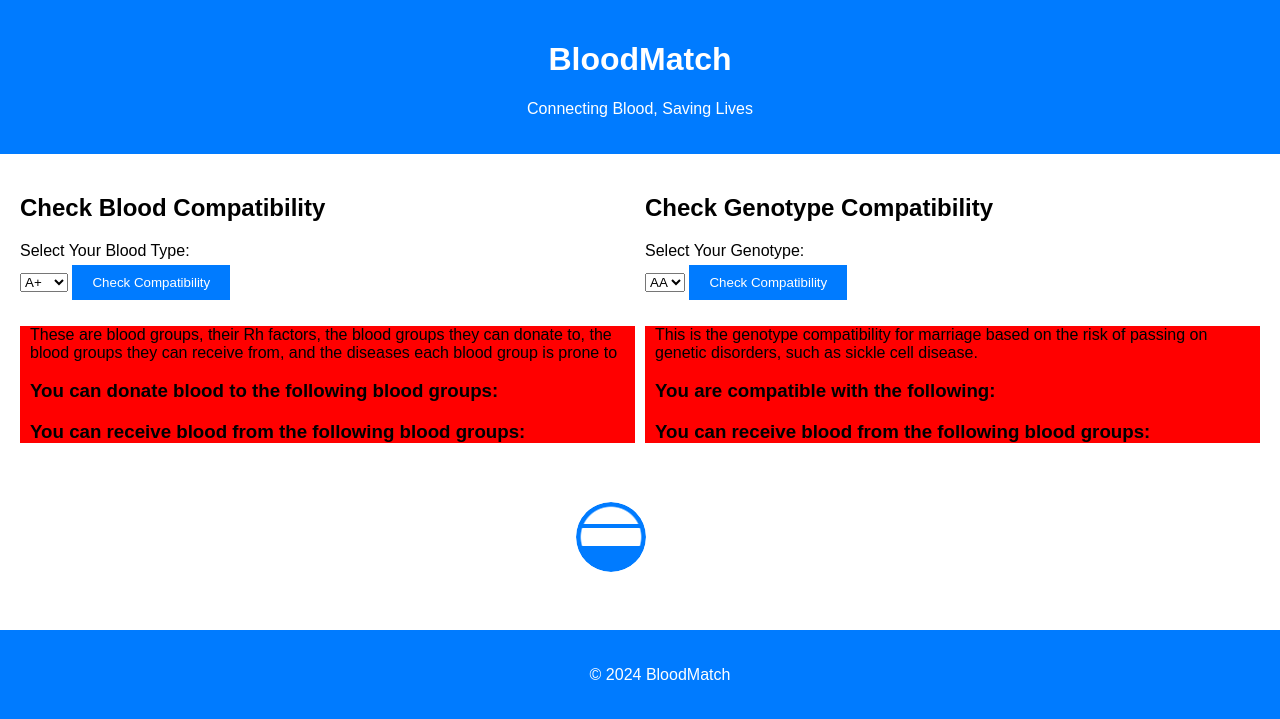
Repository: JuliusMonday/BloodMatch
Page: index.html
These files come from the project's save history. The page is drawn as it stood at one moment and after a run of saves; the edit follows.
The browser window is 1280 px wide. The pictures show the whole page.
After loading, the first visible `button` was clicked once.

Above is the page before, as saved 2024-05-02 17:48:32.

### index.html
<!DOCTYPE html>
<html lang="en">
<head>
  <meta charset="UTF-8">
  <meta name="viewport" content="width=device-width, initial-scale=1.0">
  <title>BloodMatch</title>
  <link rel="stylesheet" href="style.css">
</head>
<body>
  <header>
    <h1>BloodMatch</h1>
    <p>Connecting Blood, Saving Lives</p>
  </header>
  <main>
    <section id="bloodType">
      <h1>Check Blood Compatibility</h1>
      <label for="selectBloodType">Select Your Blood Type:</label>
      <select id="selectBloodType">
        <option value="A+">A+</option>
        <option value="A-">A-</option>
        <option value="B+">B+</option>
        <option value="B-">B-</option>
        <option value="AB+">AB+</option>
        <option value="AB-">AB-</option>
        <option value="O+">O+</option>
        <option value="O+">O+</option>
      </select>
      <button onclick="checkBloodCompatibility()">Check Compatibility</button>
      <div id="compatibilityResult">
        <p> These are blood groups, their Rh factors, the blood groups they can donate to, the blood groups they can receive from, and the diseases each blood group is prone to</p>
        <div class="donate-to">
            <h3>You can donate blood to the following blood groups:</h3>
            <p id="donate-to-bg"></p>
        </div>
        <div class="receive-from">
            <h3>You can receive blood from the following blood groups:</h3>
            <p id="receive-from-bg"></p>
        </div>
      </div>
    </section>
    <section id="genotype">
      <h1>Check Genotype Compatibility</h1>
      <label for="selectGenotype">Select Your Genotype:</label>
      <select id="selectGenotype">
        <option value="AA">AA</option>
        <option value="AS">AS</option>
        <option value="SS">SS</option>
      </select>
      <button onclick="checkGenotypeCompatibility()">Check Compatibility</button>
      <div id="genotypeResult">
        <p>This is the genotype compatibility for marriage based on the risk of passing on genetic disorders, such as sickle cell disease.</p>
        <div class="compatible-Gn">
            <h3>You are compatible with the following:</h3>
            <p class="compatible-Gns"></p>
        </div>
        <div class="non-compatible">
            <h3>You can receive blood from the following blood groups:</h3>
            <p class="non-compatible-Gns"></p>
        </div>
      </div>
    </div>
    </section>
  </main>
  <div class="custom-loader"></div>
  <br>
  <footer>
    <p>&copy; 2024 BloodMatch</p>
  </footer>
  <script src="script.js"></script>
</body>
</html>

### style.css
body {
    font-family: Arial, sans-serif;
    margin: 0;
    padding: 0;
  }

  header, footer {
    background-color: #007bff;
    color: #ffffff;
    text-align: center;
    padding: 20px;
  }

  main {
    padding: 20px;
    display: flex;
    gap: 10px;

  }

  section {
    margin-bottom: 20px;
    flex: 1;
  }

  label {
    display: block;
    margin-bottom: 5px;
  }

  select, button {
    margin-bottom: 10px;
  }

  button {
    background-color: #007bff;
    color: #ffffff;
    border: none;
    padding: 10px 20px;
    cursor: pointer;
  }

  button:hover {
    background-color: #0056b3;
  }
  #genotypeResult{
    border: 20px;
    border-color: blue;
    background-color:red;
    padding-left: 10px;
    padding-right: 10px;
  }
  #compatibilityResult{
    border: 20px;
    border-color: blue;
    background-color:red;
    padding-left: 10px;
    padding-right: 10px;
  }
  footer {
    bottom: 0;
    width: 100%;
      }
      .cube-loader {
        position: relative;
      /* u can choose any size */
        width: 75px;
        height: 75px;
        transform-style: preserve-3d;
        transform: rotateX(-30deg);
        animation: animate 4s linear infinite;
      }

      @keyframes animate {
        0% {
          transform: rotateX(-30deg) rotateY(0);
        }

        100% {
          transform: rotateX(-30deg) rotateY(360deg);
        }
      }

      .custom-loader{
        text-align: center;
        display:grid;
        place-items: center;
        margin: auto 45%;
      }
      .custom-loader {
        width: 70px;
        height: 70px;
        background: #007bff;
        border-radius: 50px;
        -webkit-mask: radial-gradient(circle 31px at 50% calc(100% + 13px),#000 95%,#0000) top 4px left 50%,
          radial-gradient(circle 31px,#000 95%,#0000) center,
          radial-gradient(circle 31px at 50% -13px,#000 95%,#0000) bottom 4px left 50%,
          linear-gradient(#000 0 0);
        -webkit-mask-composite: xor;
        mask-composite: exclude;
        -webkit-mask-repeat: no-repeat;
        animation: cu10 1.5s infinite;
      }

      @keyframes cu10 {
        0% {
          -webkit-mask-size: 0    18px,0    18px,0    18px,auto
        }

        16.67% {
          -webkit-mask-size: 100% 18px,0    18px,0    18px,auto
        }

        33.33% {
          -webkit-mask-size: 100% 18px,100% 18px,0    18px,auto
        }

        50% {
          -webkit-mask-size: 100% 18px,100% 18px,100% 18px,auto
        }

        66.67% {
          -webkit-mask-size: 0    18px,100% 18px,100% 18px,auto
        }

        83.33% {
          -webkit-mask-size: 0    18px,0    18px,100% 18px,auto
        }

        100% {
          -webkit-mask-size: 0    18px,0    18px,0    18px,auto
        }
      }

@media (min-width: 768px){
    footer {
        position:fixed;
        bottom: 0;
        }
}

@media (max-width: 767px){
    main {
        padding: 20px;
        flex-direction: column;
          }
}

### script.js
const checkBloodCompatibility = () =>{
    let selectedBloodType = document.getElementById("selectBloodType").value;
    // let compatibilityResult = document.getElementById("compatibilityResult");
    let canDonateTo = document.getElementById("donate-to-bg");
    let canReceiveFrom = document.getElementById("receive-from-bg");
    let canMarry = document.querySelectorAll(".compatible-Gns");
    let cannotMary = document.querySelectorAll(".non-compatible-Gns")


    // Logic to determine compatible blood types
    switch(selectedBloodType) {
      case "A+":
        canDonateTo.innerHtml = `You can only donate blood to: A+ and AB+ only`;
        canReceiveFrom.innerHtml = `You can only receive blood from: A+, A-, O+, and O-`;
        break;
      case "A-":

        break;
      case "B+":

        break;
      case "B-":

        break;
      case "AB+":

        break;
      case "AB-":

        break;
      case "O+":

        break;
      case "O-":

        break;
      default:
        "you are good";
    }

  }

  const checkGenotypeCompatibility = () => {
    let selectedGenotype = document.getElementById("selectGenotype").value;
    let genotypeResult = document.getElementById("genotypeResult");


    // Logic to determine compatible genotypes
    switch(selectedGenotype) {
      case "AA":

        break;
      case "AS":

        break;
      case "SS":

        break;
      case "SC":

    }

    genotypeResult.textContent = `<h1>Compatible genotypes: " + compatibleGenotypes</h1>"`;
  }

After the next 4 saves:
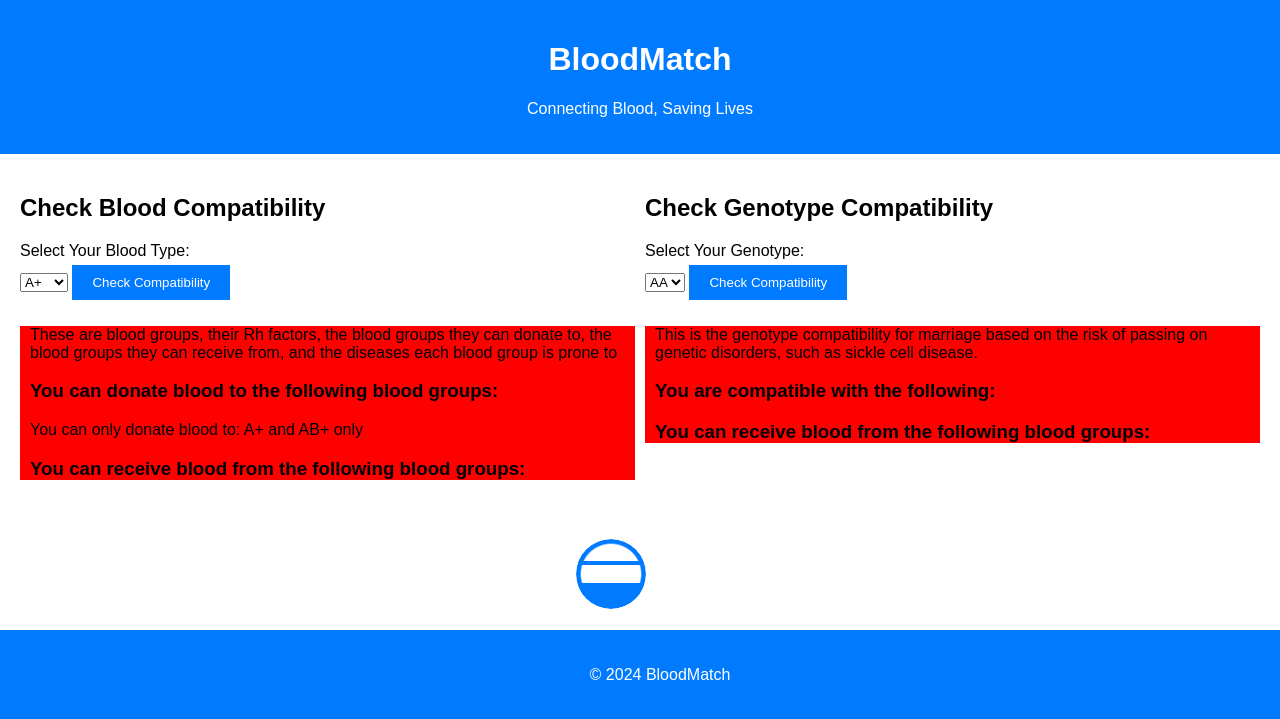
The 4 saves are shown as one change because they came seconds apart.
The last was saved 42 s later.
--- a/script.js
+++ b/script.js
@@ -10,7 +10,7 @@ const checkBloodCompatibility = () =>{
     // Logic to determine compatible blood types
     switch(selectedBloodType) {
       case "A+":
-        canDonateTo.innerHtml = `You can only donate blood to: A+ and AB+ only`;
+        canDonateTo.textContent = `You can only donate blood to: A+ and AB+ only`;
         canReceiveFrom.innerHtml = `You can only receive blood from: A+, A-, O+, and O-`;
         break;
       case "A-":
